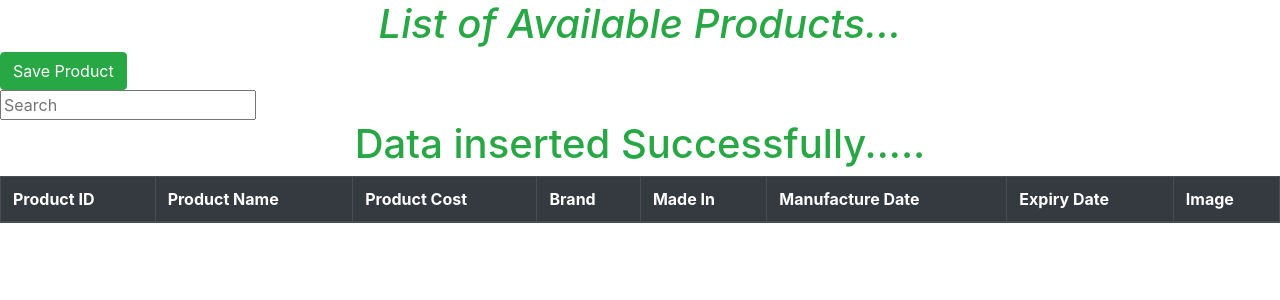
Repository: vineethGoudGithub/JavaApplications
Page: http://localhost/ProductManagementApp/productList.jsp
The author's editor kept a copy of each file at every save. The page is drawn from the files as they stood at one save, then again after the next save.
The browser window is 1280 px wide. The pictures show the whole page.
The page is served by Tomcat 9. Queries for data that is not in the repository find no rows.

Above is the page before, as saved 2024-03-06 06:18:38.

After the next save:
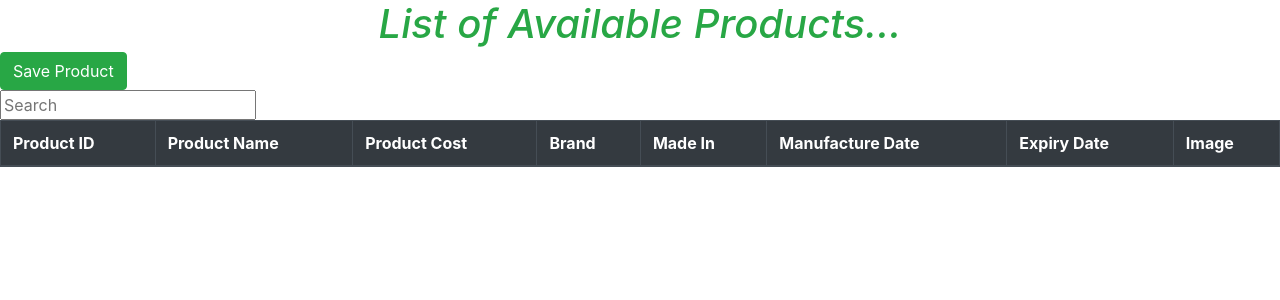
Saved 69 s later.
--- a/ProductManagementApp/src/main/webapp/productList.jsp
+++ b/ProductManagementApp/src/main/webapp/productList.jsp
@@ -24,7 +24,10 @@
 </div>
 
 <div>
-		<h1 class="text-success text-center">Data inserted Successfully.....</h1>
+		<c:if test="${saveResult}==1">
+			<h1 class="text-success text-center">Data inserted Successfully.....</h1>
+		</c:if>
+
 </div>
 
 
